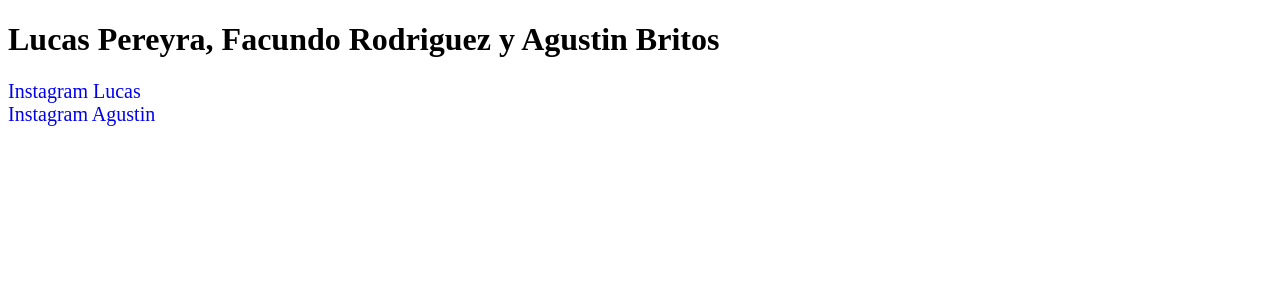
Repository: lucasp3113/coockpad
Page: index.html
An editor plug-in stored every save of this project. The page is shown before and after the next save, followed by the edit.
The browser window is 1280 px wide. The pictures show the whole page.

Above is the page before, as saved 2025-05-12 11:47:55.

After the next save:
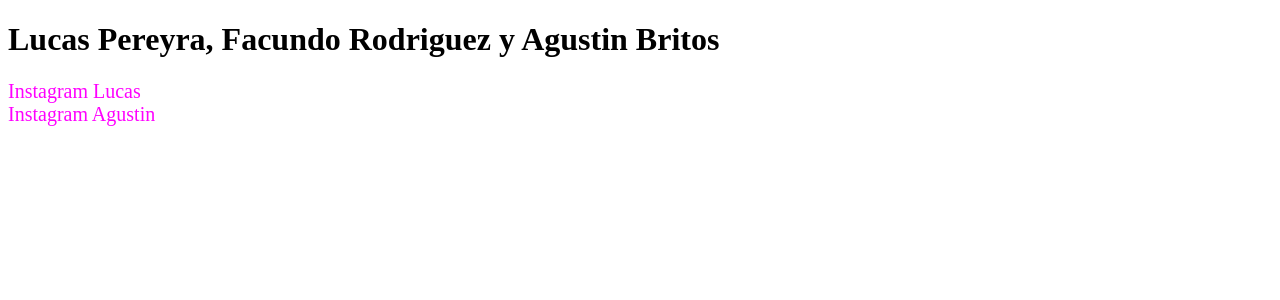
Saved 19 s later.
--- a/style.css
+++ b/style.css
@@ -3,4 +3,5 @@
     flex-direction: column;
     text-decoration: none;
     font-size: 20px;
+    color: magenta;
 }
